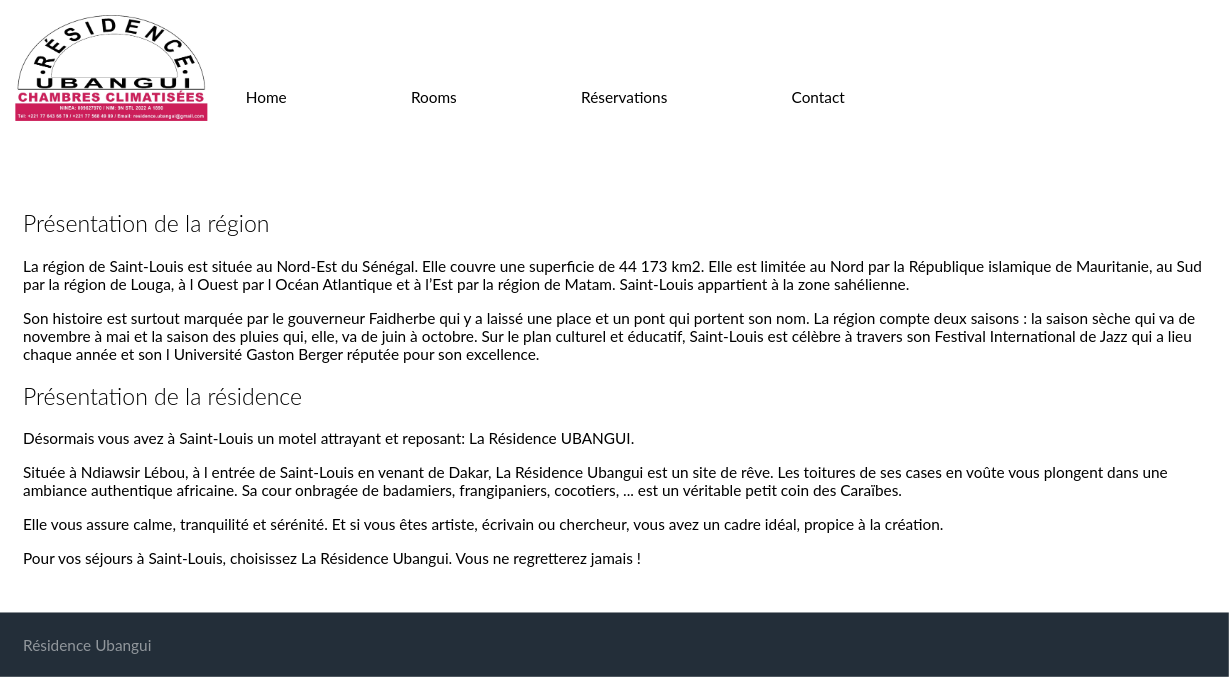
Repository: Nedjim/ubangui
Page: /
These files come from the project's save history. The page is drawn as it stood at one moment and after the next save; the edit follows.
The browser window is 1280 px wide. The pictures show the whole page, at 96% of full size.
The project was rebuilt for these pictures with package versions that can differ from the ones it lists, and the page was loaded fresh each time. The framework's server and built-in components were replaced by stand-ins that run in the browser. Also part of the build but not shown: nuxt.config.ts, components/PageTitle.vue, components/Test.vue.

Above is the page before, as saved 2024-01-11 20:54:25.

After the next save:
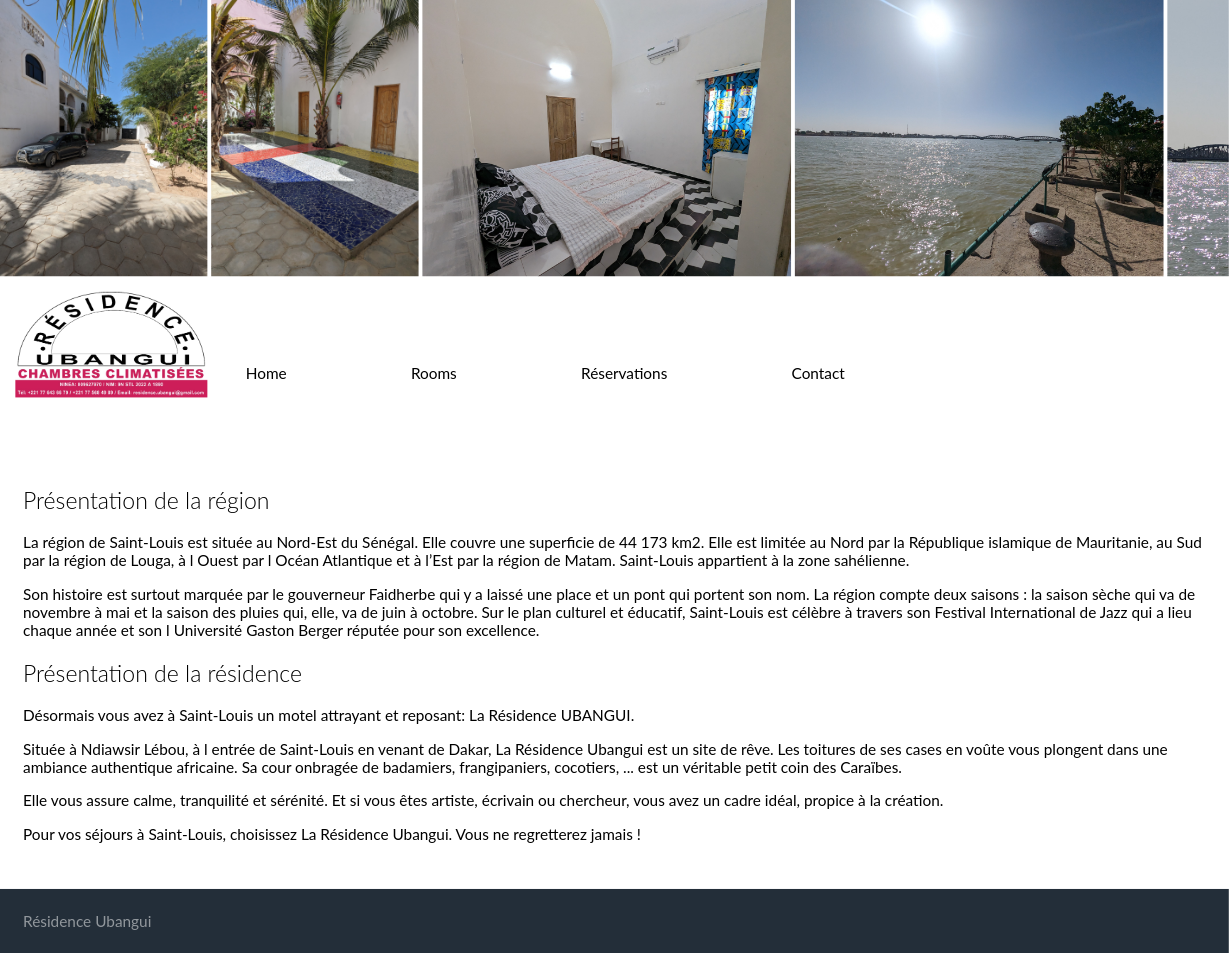
Saved 5 s later.
--- a/app.vue
+++ b/app.vue
@@ -10,6 +10,7 @@
 </script>
 <template>
   <div>
+    <Carousel />
     <Header />
     <NuxtPage />
     <Footer />
